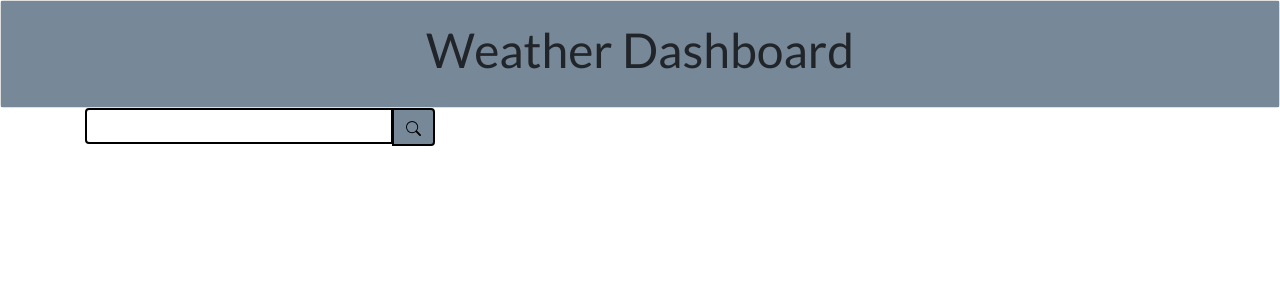
Repository: himaja830/Weather-Dashboard
Page: index.html
These files come from the project's save history. The page is drawn as it stood at one moment and after the next save; the edit follows.
The browser window is 1280 px wide. The pictures show the whole page.
Some web libraries are served in a nearby version.

Above is the page before, as saved 2020-06-26 15:34:48.

After the next save:
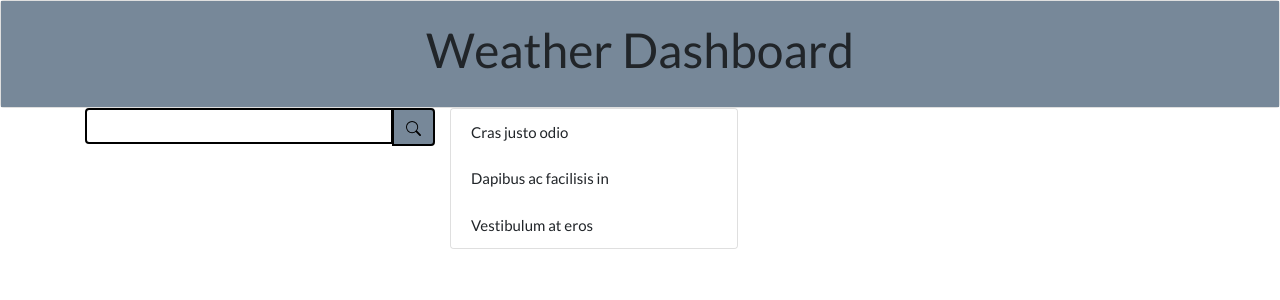
Saved 21 s later.
--- a/index.html
+++ b/index.html
@@ -32,6 +32,13 @@
             </div>
           </div>
       </div>
+      <div class="card" style="width: 18rem;">
+        <ul class="list-group list-group-flush">
+          <li class="list-group-item">Cras justo odio</li>
+          <li class="list-group-item">Dapibus ac facilisis in</li>
+          <li class="list-group-item">Vestibulum at eros</li>
+        </ul>
+      </div>
       <div class="col-sm-8">
     </div>
 </div>
